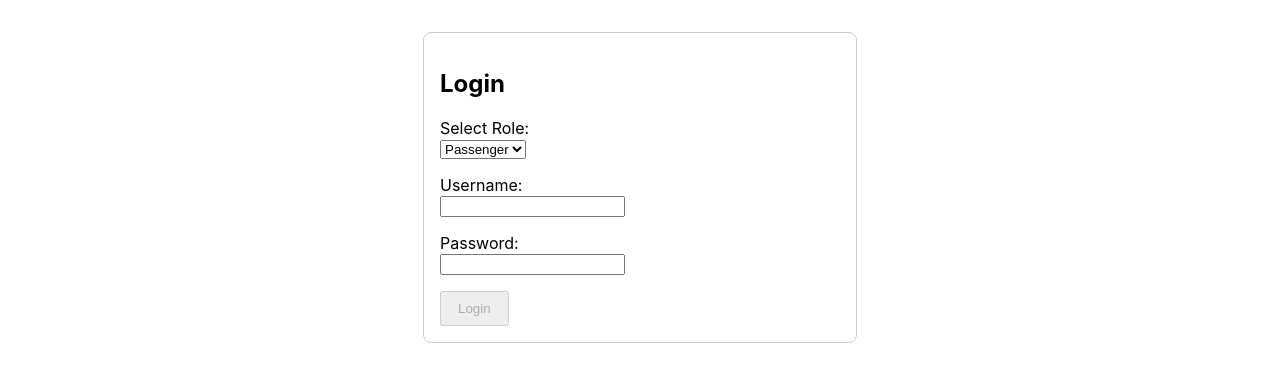
Repository: Shenes35/Booking-system
Page: /passenger (app in frontend/)
An editor plug-in stored every save of this project. The page is shown before and after the next save, followed by the edit.
The browser window is 1280 px wide. The pictures show the whole page.
The project was rebuilt for these pictures with package versions that can differ from the ones it lists, and the page was loaded fresh each time. Also part of the build but not shown: frontend/src/components/ErrorBoundary.jsx.

Above is the page before, as saved 2025-05-19 16:37:31.

### frontend/src/index.js
import React from 'react';
import ReactDOM from 'react-dom/client';
import './index.css';
import App from './App.jsx';       // ONLY one import of App
import reportWebVitals from './reportWebVitals';

const root = ReactDOM.createRoot(document.getElementById('root'));
root.render(
  <React.StrictMode>
    <App />
  </React.StrictMode>
);

reportWebVitals();

### frontend/src/App.jsx
// App.jsx
import React, { Suspense } from 'react';
import { BrowserRouter as Router, Routes, Route, Navigate } from 'react-router-dom';

import { AuthProvider, AuthContext } from './context/AuthContext';
import { FlightsProvider } from './context/FlightsContext';

// Lazy load components for code splitting
const LoginPage = React.lazy(() => import('./components/LoginPage'));
const AdminDashboard = React.lazy(() => import('./components/AdminDashboard'));
const PassengerWindow = React.lazy(() => import('./components/PassengerWindow'));
const ErrorBoundary = React.lazy(() => import('./components/ErrorBoundary'));

// ProtectedRoute component for route guarding
const ProtectedRoute = ({ children, allowedRoles }) => {
  const { user } = React.useContext(AuthContext);

  if (!user || !allowedRoles.includes(user.role)) {
    // User not logged in or unauthorized role - redirect to login
    return <Navigate to="/" replace />;
  }

  // Authorized access
  return children;
};

const App = () => {
  return (
    <AuthProvider>
      <FlightsProvider>
        <Router>
          <Suspense fallback={<div>Loading...</div>}>
            <ErrorBoundary>
              <Routes>
                {/* Public Route */}
                <Route path="/" element={<LoginPage />} />

                {/* Protected Admin Route */}
                <Route
                  path="/admin"
                  element={
                    <ProtectedRoute allowedRoles={['admin']}>
                      <AdminDashboard />
                    </ProtectedRoute>
                  }
                />

                {/* Protected Passenger Route */}
                <Route
                  path="/passenger"
                  element={
                    <ProtectedRoute allowedRoles={['passenger']}>
                      <PassengerWindow />
                    </ProtectedRoute>
                  }
                />

                {/* Catch-all redirect */}
                <Route path="*" element={<Navigate to="/" replace />} />
              </Routes>
            </ErrorBoundary>
          </Suspense>
        </Router>
      </FlightsProvider>
    </AuthProvider>
  );
};

export default App;

### frontend/src/context/AuthContext.jsx
// context/AuthContext.jsx
import React, { createContext, useState, useEffect, useMemo } from 'react';

// Create the AuthContext
export const AuthContext = createContext();

export const AuthProvider = ({ children }) => {
  // Initialize user from localStorage or null
  const [user, setUser] = useState(() => {
    try {
      const savedUser = localStorage.getItem('user');
      return savedUser ? JSON.parse(savedUser) : null;
    } catch (error) {
      console.error("Failed to parse user from localStorage:", error);
      return null;
    }
  });

  // Update localStorage whenever user changes (except when user is null, remove item)
  useEffect(() => {
    if (user) {
      localStorage.setItem('user', JSON.stringify(user));
    } else {
      localStorage.removeItem('user');
    }
  }, [user]);

  // Login function sets user info (e.g., role and username)
  const login = (role, username) => {
    setUser({ role, username });
  };

  // Logout clears user info
  const logout = () => {
    setUser(null);
  };

  // Derived state for convenience
  const isAuthenticated = !!user;

  // Memoize the context value to avoid unnecessary re-renders
  const value = useMemo(() => ({
    user,
    isAuthenticated,
    login,
    logout,
  }), [user, isAuthenticated]);

  return (
    <AuthContext.Provider value={value}>
      {children}
    </AuthContext.Provider>
  );
};

### frontend/src/context/FlightsContext.jsx
import React, { createContext, useReducer, useEffect } from "react";

// Initial state loaded from localStorage or empty array if none
const initialState = JSON.parse(localStorage.getItem("flights")) || [];

// Reducer to manage flights state: add, clear, update, delete (example cases)
function flightsReducer(state, action) {
  switch (action.type) {
    case "ADD_FLIGHT":
      return [...state, action.payload];

    case "UPDATE_FLIGHT":
      return state.map(flight =>
        flight.id === action.payload.id ? action.payload : flight
      );

    case "DELETE_FLIGHT":
      return state.filter(flight => flight.id !== action.payload.id);

    case "CLEAR_FLIGHTS":
      return [];

    default:
      return state;
  }
}

// Create FlightsContext
export const FlightsContext = createContext();

// FlightsProvider component to wrap app parts needing flights state
export const FlightsProvider = ({ children }) => {
  const [flights, dispatch] = useReducer(flightsReducer, initialState);

  // Sync flights state to localStorage on every change
  useEffect(() => {
    localStorage.setItem("flights", JSON.stringify(flights));
  }, [flights]);

  return (
    <FlightsContext.Provider value={{ flights, dispatch }}>
      {children}
    </FlightsContext.Provider>
  );
};

### frontend/src/components/LoginPage.jsx
import React, { useState, useContext } from 'react';
import { AuthContext } from '../context/AuthContext';
import { useNavigate } from 'react-router-dom';

const LoginPage = () => {
  const { login } = useContext(AuthContext);
  const [role, setRole] = useState('passenger');
  const [username, setUsername] = useState('');
  const [password, setPassword] = useState('');
  const [errors, setErrors] = useState({});
  const navigate = useNavigate();

  const validate = () => {
    const newErrors = {};
    if (!username.trim()) newErrors.username = 'Username is required';
    if (!password.trim()) newErrors.password = 'Password is required';
    return newErrors;
  };

  const handleSubmit = (e) => {
    e.preventDefault();
    const validationErrors = validate();
    if (Object.keys(validationErrors).length > 0) {
      setErrors(validationErrors);
      return;
    }
    setErrors({});
    login(role, username);
    setPassword(''); // clear password field for security

    if (role === 'admin') navigate('/admin');
    else navigate('/passenger');
  };

  return (
    <main style={{ maxWidth: '400px', margin: '2rem auto', padding: '1rem', border: '1px solid #ccc', borderRadius: '8px' }}>
      <h2>Login</h2>
      <form onSubmit={handleSubmit} noValidate>
        <div style={{ marginBottom: '1rem' }}>
          <label htmlFor="role-select">Select Role:</label><br />
          <select
            id="role-select"
            value={role}
            onChange={e => setRole(e.target.value)}
            aria-label="Select user role"
          >
            <option value="admin">Admin</option>
            <option value="passenger">Passenger</option>
          </select>
        </div>

        <div style={{ marginBottom: '1rem' }}>
          <label htmlFor="username">Username:</label><br />
          <input
            id="username"
            name="username"
            type="text"
            value={username}
            onChange={e => setUsername(e.target.value)}
            autoComplete="username"
            aria-describedby="username-error"
          />
          {errors.username && (
            <div id="username-error" style={{ color: 'red', fontSize: '0.875rem' }}>
              {errors.username}
            </div>
          )}
        </div>

        <div style={{ marginBottom: '1rem' }}>
          <label htmlFor="password">Password:</label><br />
          <input
            id="password"
            name="password"
            type="password"
            value={password}
            onChange={e => setPassword(e.target.value)}
            autoComplete="current-password"
            aria-describedby="password-error"
          />
          {errors.password && (
            <div id="password-error" style={{ color: 'red', fontSize: '0.875rem' }}>
              {errors.password}
            </div>
          )}
        </div>

        <button
          type="submit"
          disabled={!username.trim() || !password.trim()}
          style={{ padding: '0.5rem 1rem', cursor: 'pointer' }}
        >
          Login
        </button>
      </form>
    </main>
  );
};

export default LoginPage;

Loaded but not shown: frontend/public/index.html (common file); frontend/src/index.css (common file); frontend/src/reportWebVitals.js (common file)

After the next save:
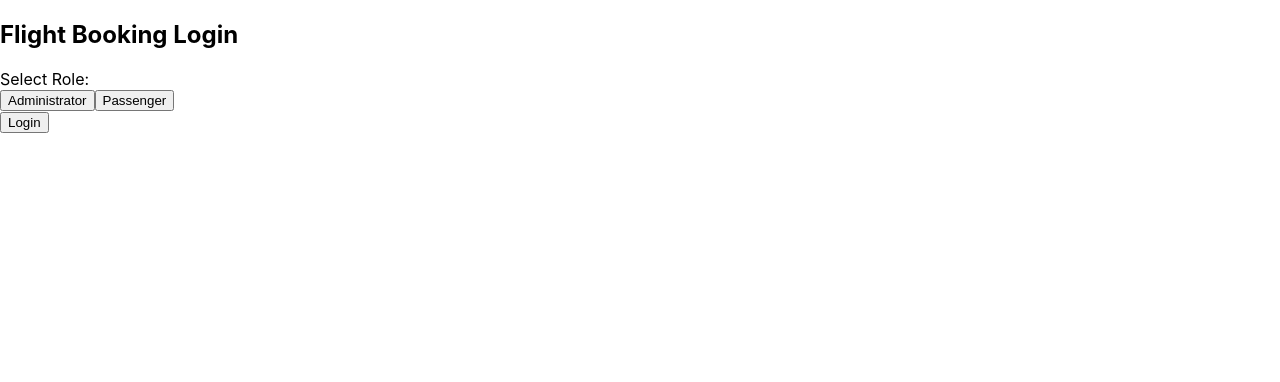
Saved 3 h 18 min later.
--- a/frontend/src/components/LoginPage.jsx
+++ b/frontend/src/components/LoginPage.jsx
@@ -1,100 +1,82 @@
-import React, { useState, useContext } from 'react';
-import { AuthContext } from '../context/AuthContext';
+import React, { useState } from 'react';
 import { useNavigate } from 'react-router-dom';
 
-const LoginPage = () => {
-  const { login } = useContext(AuthContext);
-  const [role, setRole] = useState('passenger');
+const Login = () => {
+  const [userType, setUserType] = useState('');
   const [username, setUsername] = useState('');
   const [password, setPassword] = useState('');
-  const [errors, setErrors] = useState({});
   const navigate = useNavigate();
 
-  const validate = () => {
-    const newErrors = {};
-    if (!username.trim()) newErrors.username = 'Username is required';
-    if (!password.trim()) newErrors.password = 'Password is required';
-    return newErrors;
-  };
-
-  const handleSubmit = (e) => {
-    e.preventDefault();
-    const validationErrors = validate();
-    if (Object.keys(validationErrors).length > 0) {
-      setErrors(validationErrors);
-      return;
+  const handleLogin = () => {
+    if (userType === 'admin') {
+      // Optional: Add credential check for admin
+      if (username === 'admin' && password === 'admin123') {
+        navigate('/admin-dashboard');
+      } else {
+        alert('Invalid admin credentials');
+      }
+    } else if (userType === 'passenger') {
+      navigate('/passenger');
+    } else {
+      alert('Please select a user type');
     }
-    setErrors({});
-    login(role, username);
-    setPassword(''); // clear password field for security
-
-    if (role === 'admin') navigate('/admin');
-    else navigate('/passenger');
   };
 
   return (
-    <main style={{ maxWidth: '400px', margin: '2rem auto', padding: '1rem', border: '1px solid #ccc', borderRadius: '8px' }}>
-      <h2>Login</h2>
-      <form onSubmit={handleSubmit} noValidate>
-        <div style={{ marginBottom: '1rem' }}>
-          <label htmlFor="role-select">Select Role:</label><br />
-          <select
-            id="role-select"
-            value={role}
-            onChange={e => setRole(e.target.value)}
-            aria-label="Select user role"
-          >
-            <option value="admin">Admin</option>
-            <option value="passenger">Passenger</option>
-          </select>
+    <div className="flex justify-center items-center h-screen bg-blue-100">
+      <div className="bg-white p-8 rounded-2xl shadow-lg w-96">
+        <h2 className="text-2xl font-bold mb-6 text-center">Flight Booking Login</h2>
+
+        <div className="mb-4">
+          <label className="block font-semibold mb-1">Select Role:</label>
+          <div className="flex gap-4">
+            <button
+              onClick={() => setUserType('admin')}
+              className={`px-4 py-2 rounded-xl w-full ${userType === 'admin' ? 'bg-blue-600 text-white' : 'bg-gray-200'}`}
+            >
+              Administrator
+            </button>
+            <button
+              onClick={() => setUserType('passenger')}
+              className={`px-4 py-2 rounded-xl w-full ${userType === 'passenger' ? 'bg-green-600 text-white' : 'bg-gray-200'}`}
+            >
+              Passenger
+            </button>
+          </div>
         </div>
 
-        <div style={{ marginBottom: '1rem' }}>
-          <label htmlFor="username">Username:</label><br />
-          <input
-            id="username"
-            name="username"
-            type="text"
-            value={username}
-            onChange={e => setUsername(e.target.value)}
-            autoComplete="username"
-            aria-describedby="username-error"
-          />
-          {errors.username && (
-            <div id="username-error" style={{ color: 'red', fontSize: '0.875rem' }}>
-              {errors.username}
+        {userType === 'admin' && (
+          <>
+            <div className="mb-4">
+              <label className="block font-semibold mb-1">Admin Username:</label>
+              <input
+                type="text"
+                className="w-full px-3 py-2 border rounded-xl"
+                value={username}
+                onChange={(e) => setUsername(e.target.value)}
+              />
             </div>
-          )}
-        </div>
-
-        <div style={{ marginBottom: '1rem' }}>
-          <label htmlFor="password">Password:</label><br />
-          <input
-            id="password"
-            name="password"
-            type="password"
-            value={password}
-            onChange={e => setPassword(e.target.value)}
-            autoComplete="current-password"
-            aria-describedby="password-error"
-          />
-          {errors.password && (
-            <div id="password-error" style={{ color: 'red', fontSize: '0.875rem' }}>
-              {errors.password}
+            <div className="mb-4">
+              <label className="block font-semibold mb-1">Password:</label>
+              <input
+                type="password"
+                className="w-full px-3 py-2 border rounded-xl"
+                value={password}
+                onChange={(e) => setPassword(e.target.value)}
+              />
             </div>
-          )}
-        </div>
+          </>
+        )}
 
         <button
-          type="submit"
-          disabled={!username.trim() || !password.trim()}
-          style={{ padding: '0.5rem 1rem', cursor: 'pointer' }}
+          onClick={handleLogin}
+          className="w-full mt-4 bg-blue-500 text-white font-semibold py-2 rounded-xl hover:bg-blue-600"
         >
           Login
         </button>
-      </form>
-    </main>
+      </div>
+    </div>
   );
 };
 
-export default LoginPage;
+export default Login;

After the save that followed:
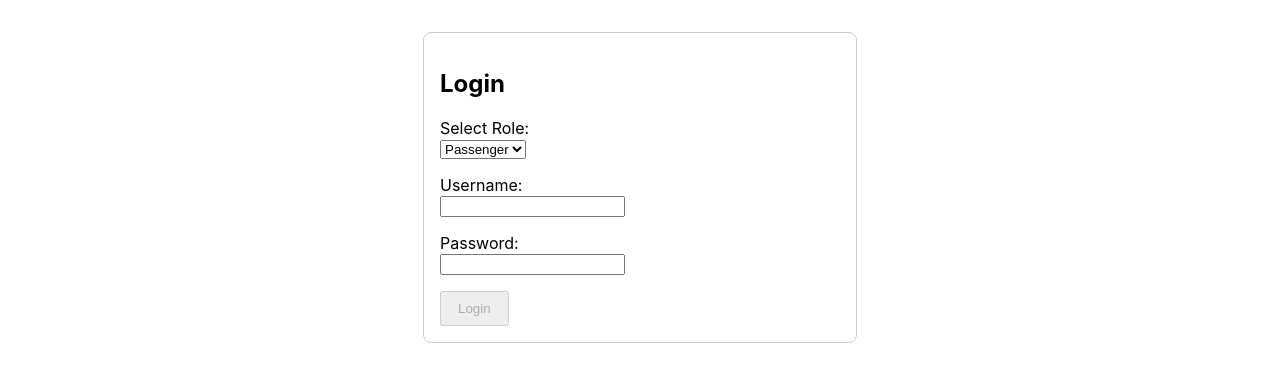
Saved 45 s later.
--- a/frontend/src/components/LoginPage.jsx
+++ b/frontend/src/components/LoginPage.jsx
@@ -1,82 +1,100 @@
-import React, { useState } from 'react';
+import React, { useState, useContext } from 'react';
+import { AuthContext } from '../context/AuthContext';
 import { useNavigate } from 'react-router-dom';
 
-const Login = () => {
-  const [userType, setUserType] = useState('');
+const LoginPage = () => {
+  const { login } = useContext(AuthContext);
+  const [role, setRole] = useState('passenger');
   const [username, setUsername] = useState('');
   const [password, setPassword] = useState('');
+  const [errors, setErrors] = useState({});
   const navigate = useNavigate();
 
-  const handleLogin = () => {
-    if (userType === 'admin') {
-      // Optional: Add credential check for admin
-      if (username === 'admin' && password === 'admin123') {
-        navigate('/admin-dashboard');
-      } else {
-        alert('Invalid admin credentials');
-      }
-    } else if (userType === 'passenger') {
-      navigate('/passenger');
-    } else {
-      alert('Please select a user type');
+  const validate = () => {
+    const newErrors = {};
+    if (!username.trim()) newErrors.username = 'Username is required';
+    if (!password.trim()) newErrors.password = 'Password is required';
+    return newErrors;
+  };
+
+  const handleSubmit = (e) => {
+    e.preventDefault();
+    const validationErrors = validate();
+    if (Object.keys(validationErrors).length > 0) {
+      setErrors(validationErrors);
+      return;
     }
+    setErrors({});
+    login(role, username);
+    setPassword(''); // clear password field for security
+
+    if (role === 'admin') navigate('/admin');
+    else navigate('/passenger');
   };
 
   return (
-    <div className="flex justify-center items-center h-screen bg-blue-100">
-      <div className="bg-white p-8 rounded-2xl shadow-lg w-96">
-        <h2 className="text-2xl font-bold mb-6 text-center">Flight Booking Login</h2>
-
-        <div className="mb-4">
-          <label className="block font-semibold mb-1">Select Role:</label>
-          <div className="flex gap-4">
-            <button
-              onClick={() => setUserType('admin')}
-              className={`px-4 py-2 rounded-xl w-full ${userType === 'admin' ? 'bg-blue-600 text-white' : 'bg-gray-200'}`}
-            >
-              Administrator
-            </button>
-            <button
-              onClick={() => setUserType('passenger')}
-              className={`px-4 py-2 rounded-xl w-full ${userType === 'passenger' ? 'bg-green-600 text-white' : 'bg-gray-200'}`}
-            >
-              Passenger
-            </button>
-          </div>
+    <main style={{ maxWidth: '400px', margin: '2rem auto', padding: '1rem', border: '1px solid #ccc', borderRadius: '8px' }}>
+      <h2>Login</h2>
+      <form onSubmit={handleSubmit} noValidate>
+        <div style={{ marginBottom: '1rem' }}>
+          <label htmlFor="role-select">Select Role:</label><br />
+          <select
+            id="role-select"
+            value={role}
+            onChange={e => setRole(e.target.value)}
+            aria-label="Select user role"
+          >
+            <option value="admin">Admin</option>
+            <option value="passenger">Passenger</option>
+          </select>
         </div>
 
-        {userType === 'admin' && (
-          <>
-            <div className="mb-4">
-              <label className="block font-semibold mb-1">Admin Username:</label>
-              <input
-                type="text"
-                className="w-full px-3 py-2 border rounded-xl"
-                value={username}
-                onChange={(e) => setUsername(e.target.value)}
-              />
+        <div style={{ marginBottom: '1rem' }}>
+          <label htmlFor="username">Username:</label><br />
+          <input
+            id="username"
+            name="username"
+            type="text"
+            value={username}
+            onChange={e => setUsername(e.target.value)}
+            autoComplete="username"
+            aria-describedby="username-error"
+          />
+          {errors.username && (
+            <div id="username-error" style={{ color: 'red', fontSize: '0.875rem' }}>
+              {errors.username}
             </div>
-            <div className="mb-4">
-              <label className="block font-semibold mb-1">Password:</label>
-              <input
-                type="password"
-                className="w-full px-3 py-2 border rounded-xl"
-                value={password}
-                onChange={(e) => setPassword(e.target.value)}
-              />
+          )}
+        </div>
+
+        <div style={{ marginBottom: '1rem' }}>
+          <label htmlFor="password">Password:</label><br />
+          <input
+            id="password"
+            name="password"
+            type="password"
+            value={password}
+            onChange={e => setPassword(e.target.value)}
+            autoComplete="current-password"
+            aria-describedby="password-error"
+          />
+          {errors.password && (
+            <div id="password-error" style={{ color: 'red', fontSize: '0.875rem' }}>
+              {errors.password}
             </div>
-          </>
-        )}
+          )}
+        </div>
 
         <button
-          onClick={handleLogin}
-          className="w-full mt-4 bg-blue-500 text-white font-semibold py-2 rounded-xl hover:bg-blue-600"
+          type="submit"
+          disabled={!username.trim() || !password.trim()}
+          style={{ padding: '0.5rem 1rem', cursor: 'pointer' }}
         >
           Login
         </button>
-      </div>
-    </div>
+      </form>
+    </main>
   );
 };
 
-export default Login;
+export default LoginPage;
